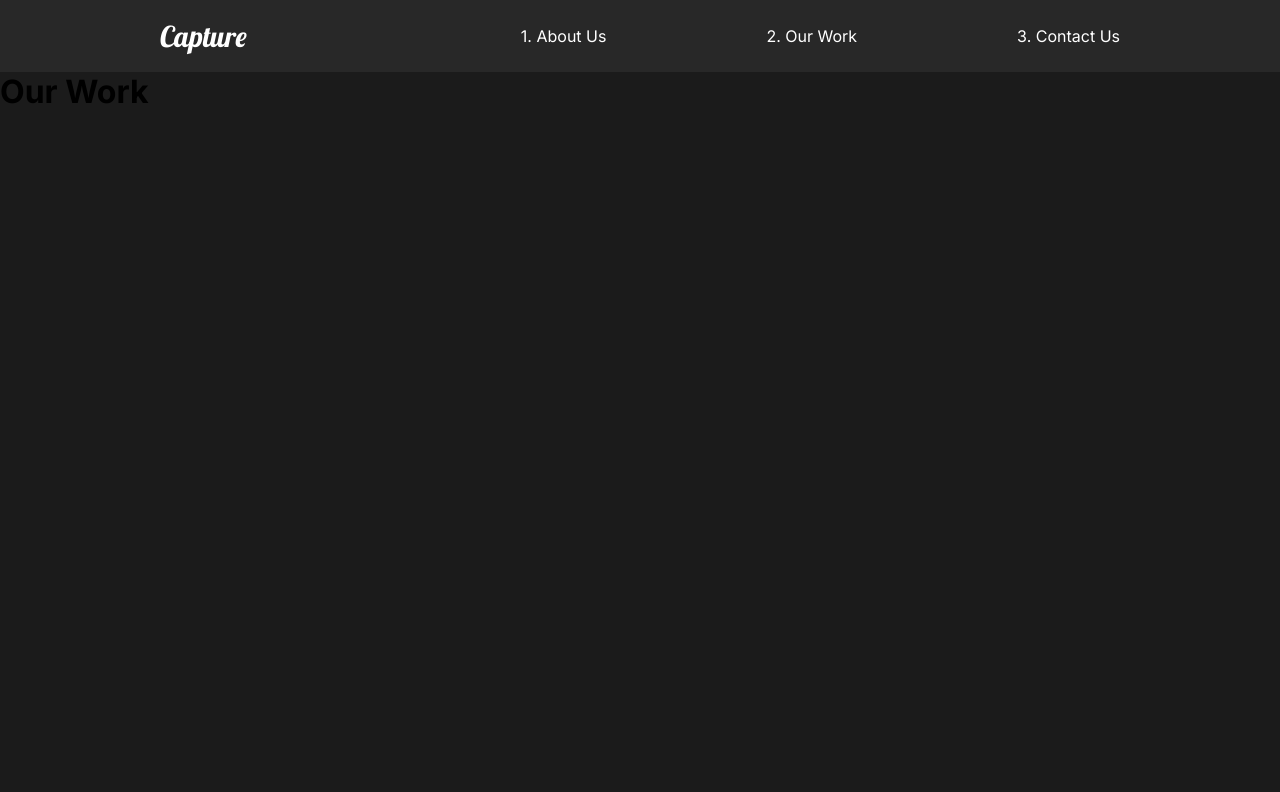
Repository: programmingwithlevi/capture
Page: /OurWork
These files come from the project's save history. The page is drawn as it stood at one moment and after the next save; the edit follows.
The browser window is 1280 px wide. The pictures show the whole page.
The project was rebuilt for these pictures with package versions that can differ from the ones it lists, and the page was loaded fresh each time. A package was used in the major version that the imports need, not the one package.json lists. Also part of the build but not shown: src/styles.js, src/components/AboutSection.js, src/components/ServicesSection.js, src/components/FaqSection.js, src/pages/AboutUs.js, src/pages/ContactUs.js.

Above is the page before, as saved 2021-12-04 23:09:37.

### public/index.html
<!DOCTYPE html>
<html lang="en">
  <head>
    <meta charset="utf-8" />
    <link rel="icon" href="%PUBLIC_URL%/favicon.ico" />
    <meta name="viewport" content="width=device-width, initial-scale=1" />
    <meta name="theme-color" content="#000000" />
    <meta
      name="description"
      content="Web site created using create-react-app"
    />
    <link rel="preconnect" href="https://fonts.googleapis.com">
<link rel="preconnect" href="https://fonts.gstatic.com" crossorigin>
<link href="https://fonts.googleapis.com/css2?family=Inter:wght@400;700&family=Lato:wght@400;700&display=swap" rel="stylesheet">
<link rel="preconnect" href="https://fonts.googleapis.com">
<link rel="preconnect" href="https://fonts.gstatic.com" crossorigin>
<link href="https://fonts.googleapis.com/css2?family=Inter:wght@400;700&family=Lato:wght@400;700&family=Lobster&display=swap" rel="stylesheet">
    <link rel="apple-touch-icon" href="%PUBLIC_URL%/logo192.png" />
    <!--
      manifest.json provides metadata used when your web app is installed on a
      user's mobile device or desktop. See https://developers.google.com/web/fundamentals/web-app-manifest/
    -->
    <link rel="manifest" href="%PUBLIC_URL%/manifest.json" />
    <!--
      Notice the use of %PUBLIC_URL% in the tags above.
      It will be replaced with the URL of the `public` folder during the build.
      Only files inside the `public` folder can be referenced from the HTML.

      Unlike "/favicon.ico" or "favicon.ico", "%PUBLIC_URL%/favicon.ico" will
      work correctly both with client-side routing and a non-root public URL.
      Learn how to configure a non-root public URL by running `npm run build`.
    -->
    <title>Capture</title>
  </head>
  <body>
    <noscript>You need to enable JavaScript to run this app.</noscript>
    <div id="root"></div>
    <!--
      This HTML file is a template.
      If you open it directly in the browser, you will see an empty page.

      You can add webfonts, meta tags, or analytics to this file.
      The build step will place the bundled scripts into the <body> tag.

      To begin the development, run `npm start` or `yarn start`.
      To create a production bundle, use `npm run build` or `yarn build`.
    -->
  </body>
</html>

### src/index.js
import React from 'react';
import ReactDOM from 'react-dom';

import App from './App';
import reportWebVitals from './reportWebVitals';
import {BrowserRouter} from 'react-router-dom';

ReactDOM.render(
  <React.StrictMode>
    <BrowserRouter>
    <App />
    </BrowserRouter>
  </React.StrictMode>,
  document.getElementById('root')
);

// If you want to start measuring performance in your app, pass a function
// to log results (for example: reportWebVitals(console.log))
// or send to an analytics endpoint. Learn more: https://bit.ly/CRA-vitals
reportWebVitals();

### src/App.js
import React from "react";
//import pages
import AboutUs from '../src/pages/AboutUs';
import GlobalStyle from "./components/GlobalStyle";
import ContactUs from "./pages/ContactUs";
import OurWork from "./pages/OurWork";
import Nav from "./components/Nav";
import {Routes,Route} from "react-router-dom";

function App() {
  return (
    <div className="App">

        <GlobalStyle />

        <Nav />

        <Routes>
          <Route path="/" element={<AboutUs />} />

          <Route path="/ContactUs" element={<ContactUs />} />

          <Route path="/OurWork" element={<OurWork />} />
        </Routes>

    </div>
  );
}

export default App;

### src/components/GlobalStyle.js
import {createGlobalStyle} from 'styled-components';

const GlobalStyle = createGlobalStyle`
*{
   margin: 0;
   padding: 0;
   box-sizing: border-box
}
body{
    background: #1b1b1b;
    font-family: 'Inter', sans-serif;
}
button{
    font-weight: bold;
    font-size: 1.1.rem;
    padding: 1rem 2rem;
    border: 3px solid #23d997;
    background: transparent;
    color: white;
    transition: all 0.5s ease;
    font-family: 'Inter', sans-serif;
    &:hover{
        background-color:  #23d997;
        color: white;
    }

}
h2{
       font-weight: lighter;
       font-size: 4rem;
    }
    h3{
        color: white;
    }
    h4{
        font-weight: bold;
        color: #23d997;
    }
    a{
        font-size: 1.1.rem;
    }
    span{
        font-weight: bold;
        color: #23d997;
    }
    p{
        padding: 3rem 0rem;
        color: #ccc;
        font-size: 1.4rem;
        line-height: 150%;
    }
`;
export default GlobalStyle;

### src/pages/OurWork.js
import React from "react";
import styled from "styled-components";
import {Link} from 'react-router-dom';
//images
import athlete from "../img/athlete-small.png";
import theracer2 from "../img/the-racer2.jpeg";
import goodtimes from "../img/goodtimes-small.png";
const OurWork = () => {
    return(
        <Work>
            <h1>Our Work</h1>
        </Work>
    )
}

const Work = styled.div`
    min-height: 100vh;
`;
const Movie = styled.div`
    padding-bottom: 10rem;
`;


export default OurWork;

### src/components/Nav.js
import React from 'react';
import styled from 'styled-components';
import {Link} from 'react-router-dom';

const Nav = () => {
    return(
        <StyledNav>
            <h1><Link id="logo" to="/">Capture</Link></h1>
            <ul>
                <li>
                    <Link to="/">1. About Us</Link>
                </li>
                <li>
                    <Link to="/OurWork">2. Our Work</Link>
                </li>
                <li>
                    <Link to="/ContactUs">3. Contact Us</Link>
                </li>
            </ul>
        </StyledNav>
    )
}

const StyledNav = styled.nav`
    min-height: 10vh;
    display: flex;
    margin: auto;
    justify-content: space-between;
    align-items: center;
    padding: 1rem 10rem;
    background: #282828;
    a{
        color: white;
        text-decoration: none;
    }
    ul{
        display: flex;
        list-style: none;
    }
    #logo{
        font-size: 1.8rem;
        font-family: 'Lobster', cursive;
        font-weight: lighter;
    }
    li{
        padding-left: 10rem;
        position: relative;
    }
`;

export default Nav;

Loaded but not shown: src/reportWebVitals.js (common file)

After the next save:
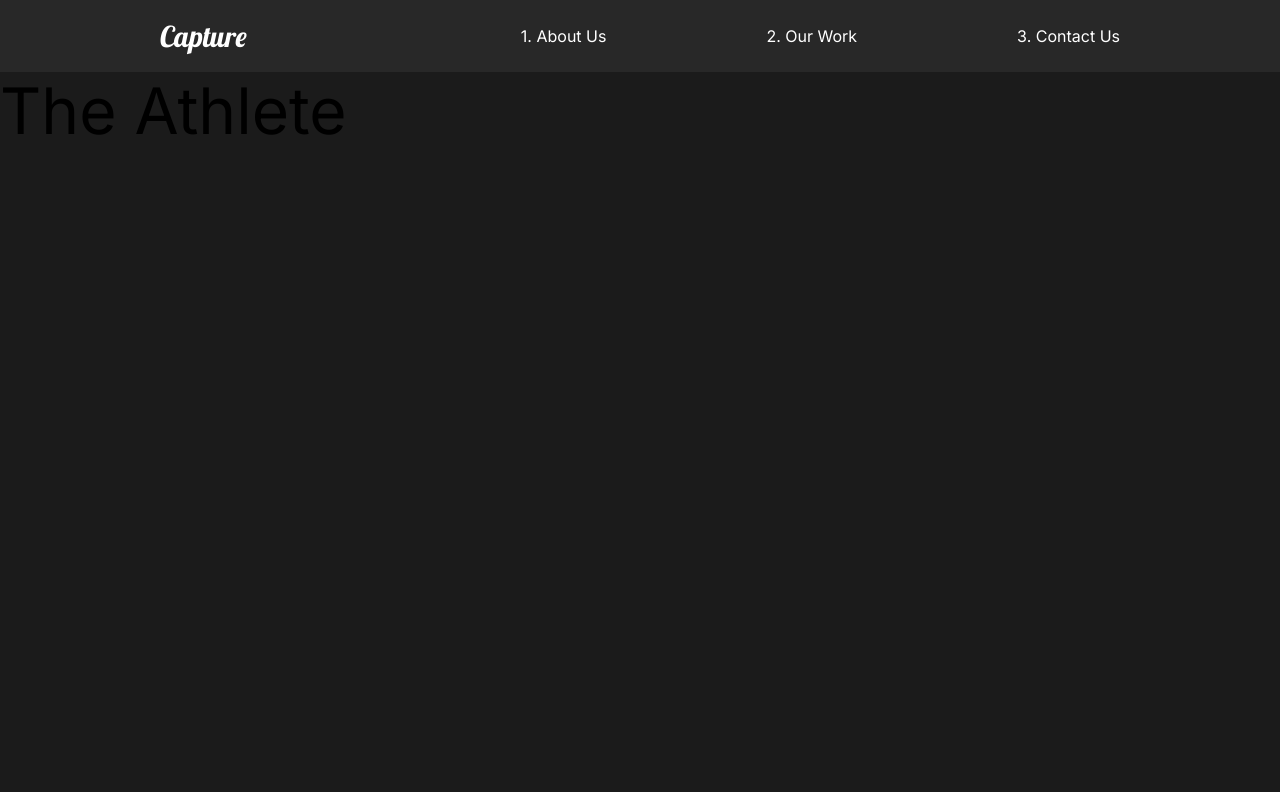
Saved 114 s later.
--- a/src/pages/OurWork.js
+++ b/src/pages/OurWork.js
@@ -8,7 +8,9 @@ import goodtimes from "../img/goodtimes-small.png";
 const OurWork = () => {
     return(
         <Work>
-            <h1>Our Work</h1>
+            <Movie>
+                <h2>The Athlete</h2>
+            </Movie>
         </Work>
     )
 }
